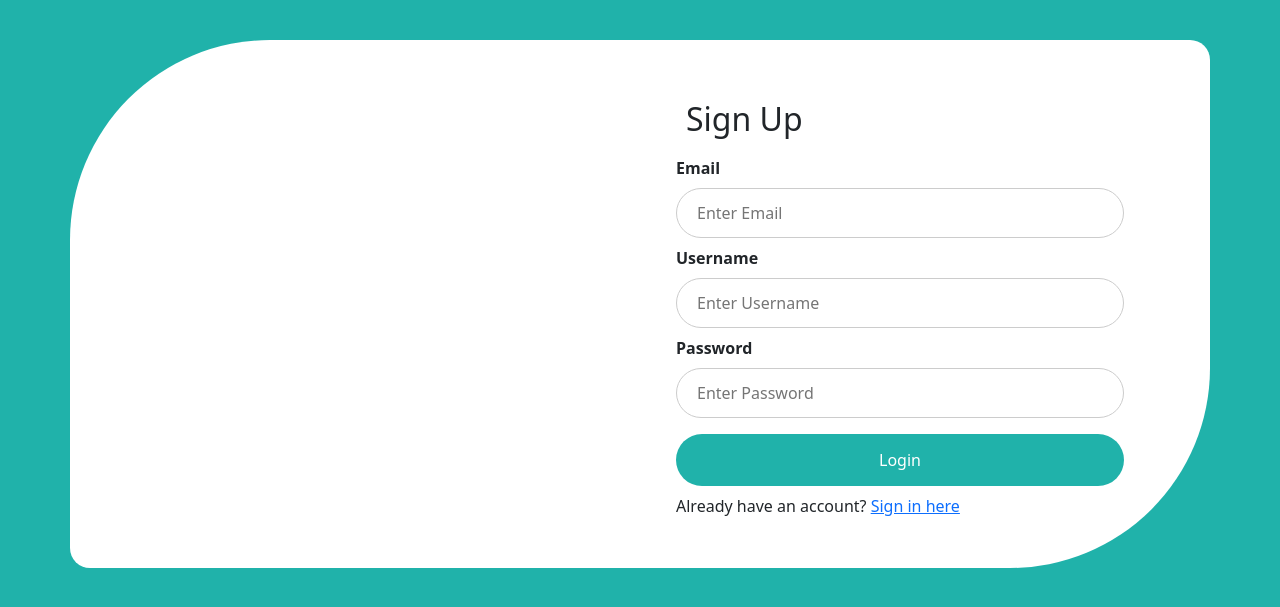
Repository: Sadia-Naveed-Shaikh/JavaScript-Website
Page: SignUp.html
These files come from the project's save history. The page is drawn as it stood at one moment and after the next save; the edit follows.
The browser window is 1280 px wide. The pictures show the whole page.

Above is the page before, as saved 2021-10-27 15:16:58.

After the next save:
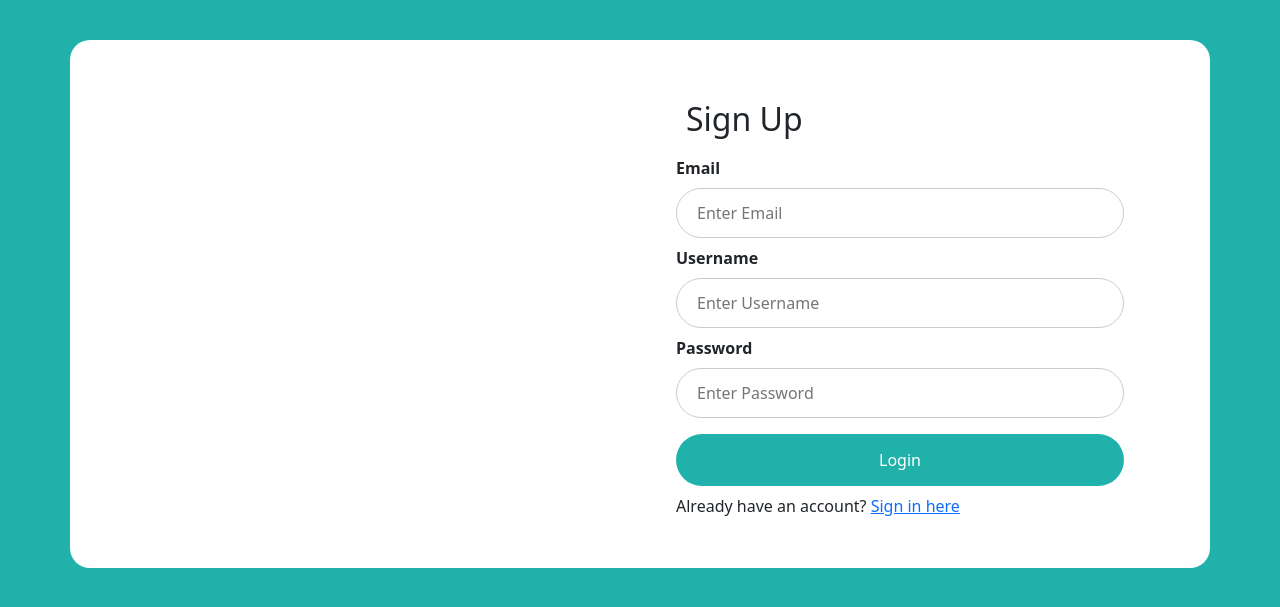
Saved 58 s later.
--- a/SignUp.html
+++ b/SignUp.html
@@ -62,8 +62,7 @@
         .row{
             background-color: white;
             border-radius: 20px;
-            border-bottom-right-radius: 200px;
-            border-top-left-radius: 200px;
+
             padding: 50px;
             margin-top:40px;
         }
